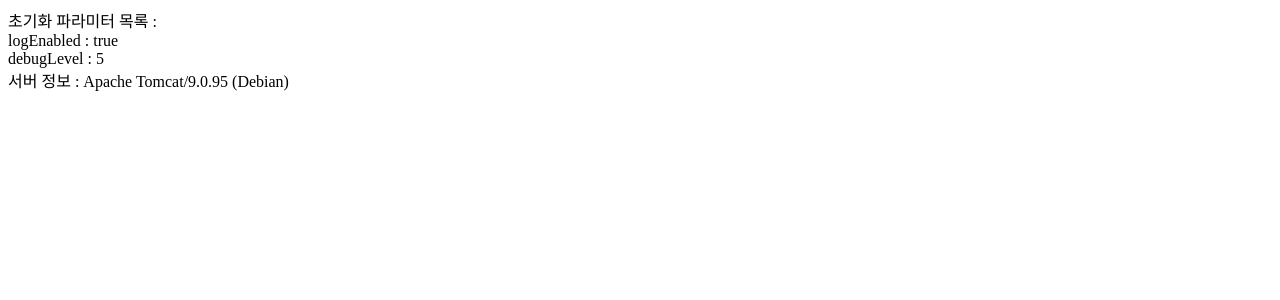
Repository: minkyung0421/JSP_Study
Page: http://localhost/Chapter07/application_02.jsp
These files come from the project's save history. The page is drawn as it stood at one moment and after the next save; the edit follows.
The browser window is 1280 px wide. The pictures show the whole page.
The page is served by Tomcat 9.

Above is the page before, as saved 2018-07-05 04:24:13.

### Chapter07/WebContent/application_02.jsp
<%@page import="java.util.Enumeration"%>
<%@ page language="java" contentType="text/html; charset=UTF-8"
    pageEncoding="UTF-8"%>
<!DOCTYPE html>
<html>
<head>
<meta charset="UTF-8">
<title>Insert title here</title>
</head>
<body>
초기화 파라미터 목록 : <br>
<%
	Enumeration para = application.getInitParameterNames();
	while(para.hasMoreElements()){
		String key1 = (String)para.nextElement();
		String value1 = application.getInitParameter(key1);
		out.println(key1 + " : " + value1 +"<br>");
	}
%>

서버 정보 : <%=application.getServerInfo() %> <br>
</body>
</html>

After the next save:
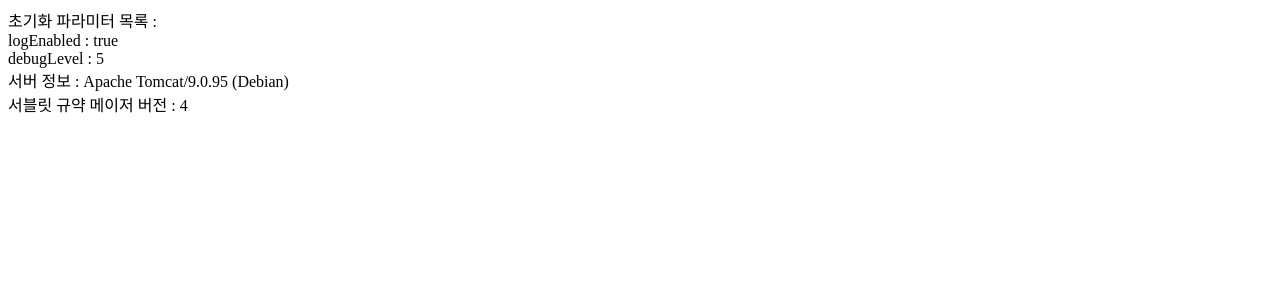
Saved 63 s later.
--- a/Chapter07/WebContent/application_02.jsp
+++ b/Chapter07/WebContent/application_02.jsp
@@ -19,5 +19,6 @@
 %>
 
 서버 정보 : <%=application.getServerInfo() %> <br>
+서블릿 규약 메이저 버전 : <%= application.getMajorVersion() %> <!-- 현재 사용하고 있는 서버 -->
 </body>
 </html>
